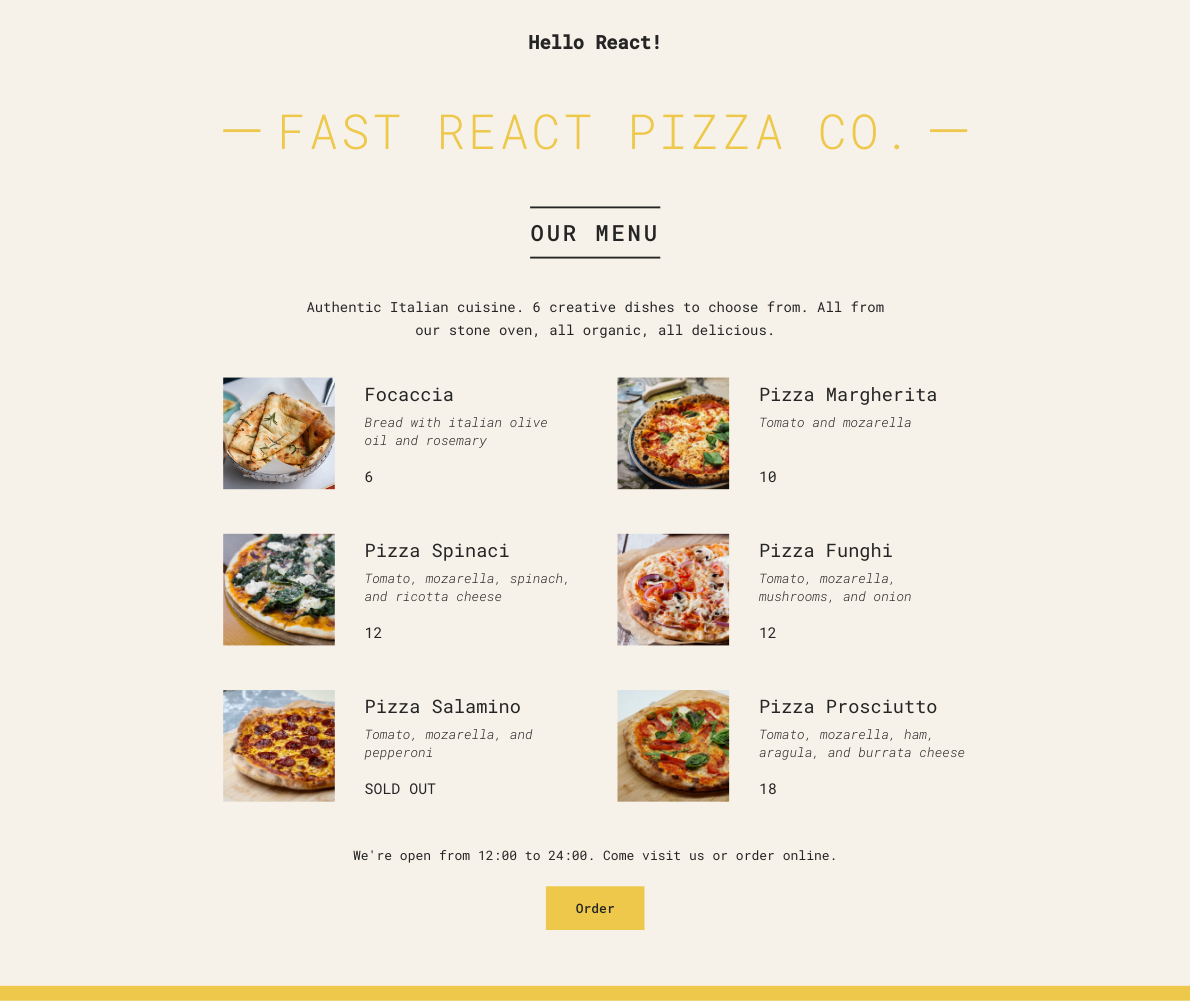
Repository: Alphosmart/03_pizza-menu
Page: /
These files come from the project's save history. The page is drawn as it stood at one moment and after the next save; the edit follows.
The browser window is 1280 px wide. The pictures show the whole page, at 93% of full size.
The project was rebuilt for these pictures with package versions that can differ from the ones it lists, and the page was loaded fresh each time.

Above is the page before, as saved 2024-06-18 00:52:25.

### src/index.js
import React from "react";
import ReactDOM from "react-dom/client";
import "./index.css";
const pizzaData = [
  {
    name: "Focaccia",
    ingredients: "Bread with italian olive oil and rosemary",
    price: 6,
    photoName: "pizzas/focaccia.jpg",
    soldOut: false,
  },
  {
    name: "Pizza Margherita",
    ingredients: "Tomato and mozarella",
    price: 10,
    photoName: "pizzas/margherita.jpg",
    soldOut: false,
  },
  {
    name: "Pizza Spinaci",
    ingredients: "Tomato, mozarella, spinach, and ricotta cheese",
    price: 12,
    photoName: "pizzas/spinaci.jpg",
    soldOut: false,
  },
  {
    name: "Pizza Funghi",
    ingredients: "Tomato, mozarella, mushrooms, and onion",
    price: 12,
    photoName: "pizzas/funghi.jpg",
    soldOut: false,
  },
  {
    name: "Pizza Salamino",
    ingredients: "Tomato, mozarella, and pepperoni",
    price: 15,
    photoName: "pizzas/salamino.jpg",
    soldOut: true,
  },
  {
    name: "Pizza Prosciutto",
    ingredients: "Tomato, mozarella, ham, aragula, and burrata cheese",
    price: 18,
    photoName: "pizzas/prosciutto.jpg",
    soldOut: false,
  },
];
function App() {
  return (
    <div className="container">
      <h1>Hello React!</h1>
      <Header />
      <Menu />
      <Footer />
    </div>
  );
}
function Header() {
  // const style = { color: "red", fontSize: "48px", textTransform: "Uppercase" };
  const style = {};
  return (
    <header className="header">
      <h1 style={style}>Fast React Pizza Co.</h1>
    </header>
  );
}
function Menu() {
  const pizzas = pizzaData;
  // const pizzas = [];
  const numPizzas = pizzas.length;
  return (
    <main className="menu">
      <h2>Our Menu</h2>

      {numPizzas > 0 ? (
        <>
          <p>
            Authentic Italian cuisine. 6 creative dishes to choose from. All
            from our stone oven, all organic, all delicious.
          </p>
          <ul className="pizzas">
            {pizzas.map((pizza) => (
              <Pizza pizzaObj={pizza} key={pizza.name} />
            ))}
          </ul>
        </>
      ) : (
        <p>We are still working on our menu. Please come back later</p>
      )}
      {/* <Pizza
        name="Pizza Spinaci"
        ingredients="Tomato, mozarella, spinach, and ricotta cheese"
        photoName="pizzas/spinaci.jpg"
        price={10}
      />
      <Pizza
        name="Pizza Funghi"
        ingredients="Tomato, mushrooms"
        price={12}
        photoName="pizzas/funghi.jpg"
      /> */}
    </main>
  );
}
function Pizza({ pizzaObj }) {
  console.log(pizzaObj);
  // if (pizzaObj.soldOut) return null;
  return (
    <li className={`pizza ${pizzaObj.soldOut}`}>
      <img src={pizzaObj.photoName} alt={pizzaObj.name} />
      <div>
        <h3>{pizzaObj.name}</h3>
        <p>{pizzaObj.ingredients}</p>

        {/* {pizzaObj.soldOut ? (
          <span>SOLD OUT</span>
        ) : (
          <span>{pizzaObj.price}</span>
        )} */}

        <span>{pizzaObj.soldOut ? "SOLD OUT" : pizzaObj.price}</span>
      </div>
    </li>
  );
}
function Footer() {
  const hour = new Date().getHours();
  const openHour = 12;
  const closeHour = 24;
  const isOpen = hour >= openHour && hour <= closeHour;
  console.log(isOpen);
  // if (hour >= openHour && hour <= closeHour) alert("We're currently open!");
  // else alert("Sorry We're closed!");
  // if (isOpen) return <p>Closed</p>;
  return (
    <footer className="footer">
      {isOpen ? (
        <Order closeHour={closeHour} openHour={openHour} />
      ) : (
        <p>
          We are happy to welcome you between {openHour}:00 and {closeHour}:00
        </p>
      )}
    </footer>
  );
  // return React.createElement("footer", null, "We're currently open!");
}
function Order({ closeHour, openHour }) {
  return (
    <div className="order">
      <p>
        We're open from {openHour}:00 to {closeHour}:00. Come visit us or order
        online.
      </p>
      <button className="btn">Order</button>
    </div>
  );
}
// React v18
const root = ReactDOM.createRoot(document.getElementById("root"));
root.render(
  <React.StrictMode>
    <App />
  </React.StrictMode>
); // or root.render<App />);
//React before v18
// React.render(<App />, document.getElementById("root"));

Loaded but not shown: public/index.html (common file); src/index.css (common file)

After the next save:
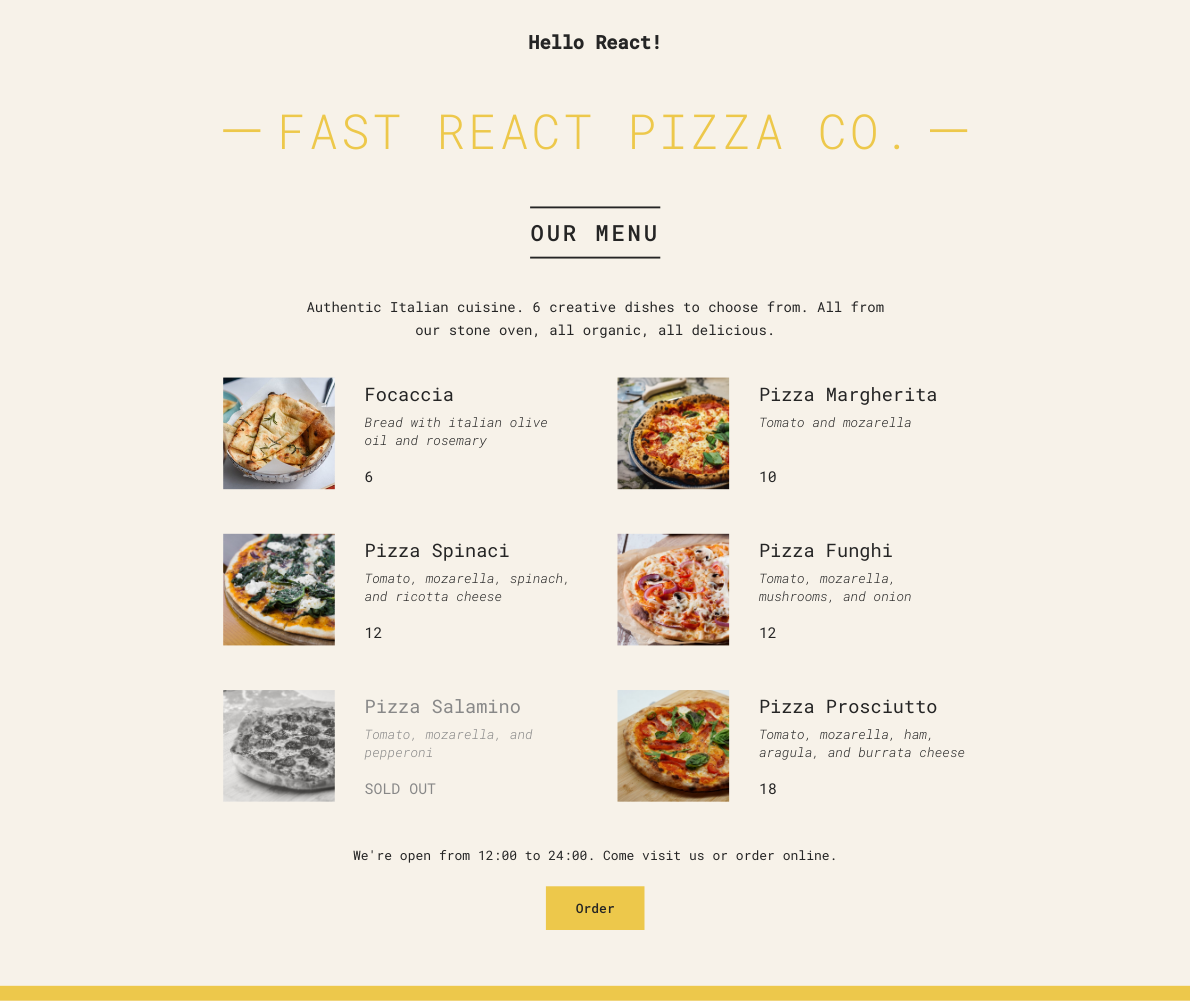
Saved 33 s later.
--- a/src/index.js
+++ b/src/index.js
@@ -106,7 +106,7 @@ function Pizza({ pizzaObj }) {
   console.log(pizzaObj);
   // if (pizzaObj.soldOut) return null;
   return (
-    <li className={`pizza ${pizzaObj.soldOut}`}>
+    <li className={`pizza ${pizzaObj.soldOut ? "sold-out" : ""}`}>
       <img src={pizzaObj.photoName} alt={pizzaObj.name} />
       <div>
         <h3>{pizzaObj.name}</h3>
